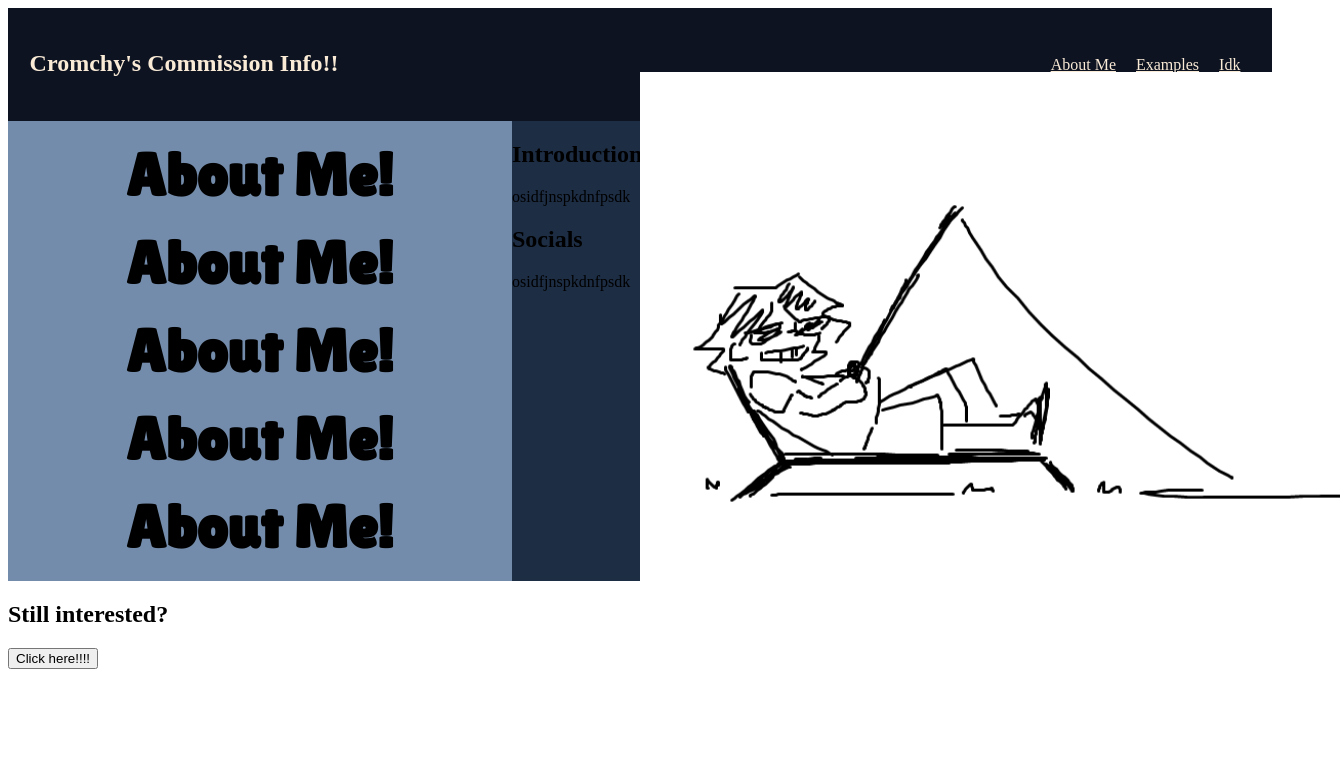
Repository: crackaLack1n/Cromchys_Commission_Site
Page: /
An editor plug-in stored every save of this project. The page is shown before and after a run of saves, followed by the edit.
The browser window is 1280 px wide. The page is 1340 px wide, then 1280 px, so the pictures cover 1340 px, including what lies to the right of the window. The pictures show the whole page.
The project was rebuilt for these pictures with package versions that can differ from the ones it lists, and the page was loaded fresh each time. The framework's server and built-in components were replaced by stand-ins that run in the browser. Also part of the build but not shown: next.config.mjs.

Above is the page before, as saved 2024-06-11 15:02:29.

### pages/_app.js
import "@/styles/globals.css";
import { Fjalla_One } from 'next/font/google'

const fjalla_One = Fjalla_One({
  weight: '400',
  subsets: ['latin'],
})

export default function App({ Component, pageProps }) {
  return <Component {...pageProps} />;
}

### pages/index.js
import Head from "next/head";
import Header from "@/Components/Header";
import Image from "next/image";
import styles from "@/styles/Home.module.css";
import Footer from "@/Components/Footer";
import { Lilita_One } from "next/font/google";


const lilita_One = Lilita_One({ weight: '400', subsets: ["latin"] });



export default function Home() {
  return (
    <>
      <Head>
        <title>Cromchy's Commission</title>
        <meta name="description" content="Generated by create next app" />
        <meta name="viewport" content="width=device-width, initial-scale=1" />
        <link rel="icon" href="/favicon.ico" />
      </Head>

      <Header />

      <main className={`${styles.main}`}>
      <div >
          <Image src={'/images/banner2.png'} height={700} width={700} className={styles.image}></Image>
        </div>
        <div className={styles.mainContainer}>
          <div className={styles.containerLeft}>
            <div className={`${styles.contentLeft} ${lilita_One.className}`}>
              <p>About Me!</p>
              <p>About Me!</p>
              <p>About Me!</p>
              <p>About Me!</p>
              <p>About Me!</p>
            </div>
          </div>
          <div className={styles.containerRight}>
            <div className={styles.contentRight}>
              <h2>Introduction</h2>
              <p>osidfjnspkdnfpsdk</p>
              <h2>Socials</h2>
              <p>osidfjnspkdnfpsdk</p>
            </div>
          </div>
        </div>
      </main>
      <Footer />
    </>
  );
}

### Components/Header/index.js
import Link from "next/link"
import style from './header.module.css';
export default function Header() {
  return (
    <>
      <div className={style.main}>
        <h2>Cromchy's Commission Info!!</h2>
        <nav className={style.nav}>
          <ul className={style.buttons}>
            <li><Link href={`/`}>About Me</Link></li>
            <li><Link href={`/Examples`}>Examples</Link></li>
            <li><Link href={`/Idk`}>Idk</Link></li>
          </ul>
        </nav>
      </div>
    </>
  )
}

### styles/Home.module.css
.main {
  display: flex;
  min-height: 20vh;
  background-color: #748CAB;
}

.mainContainer {
  position: relative;
 display: grid;
 grid-template-columns:  1fr 3fr;
 height: auto;

}

.containerLeft {
  display: flex;
  width: 70vh;
  justify-content: center;
}

.contentLeft p {
  font-size: 60px;
  font-weight: 600;
  margin: 20px;
}
.containerRight {
  display: flex;

  background-color: #1D2D44;
  width: 100%;
}

.image {
  z-index: 1;
  top: 10%;
  left: 50%;
  position: absolute;
}
/* Mobile */
@media (max-width: 700px) {

}

/* Tablet and Smaller Desktop */
@media (min-width: 701px) and (max-width: 1120px) {

}

### Components/Footer/index.js
export default function Footer() {
  return(
    <>
    <footer>
      <h2>Still interested?</h2>
      <button>Click here!!!!</button>
    </footer>
    </>
  )
}

### Components/Header/header.module.css
.main {
  display: flex;
  justify-content: space-between;
  padding: 3vh;
  background-color: #0D1321;
  color: antiquewhite;
}


.nav {
justify-content: end;

}

.buttons {
  display: flex;

}

.buttons li {
  padding: 10px;
  list-style-type: none;
  color: antiquewhite;
}

.buttons a {
  color: antiquewhite;
}

Loaded but not shown: pages/_document.js (common file); styles/globals.css (common file)

After the next 2 saves:
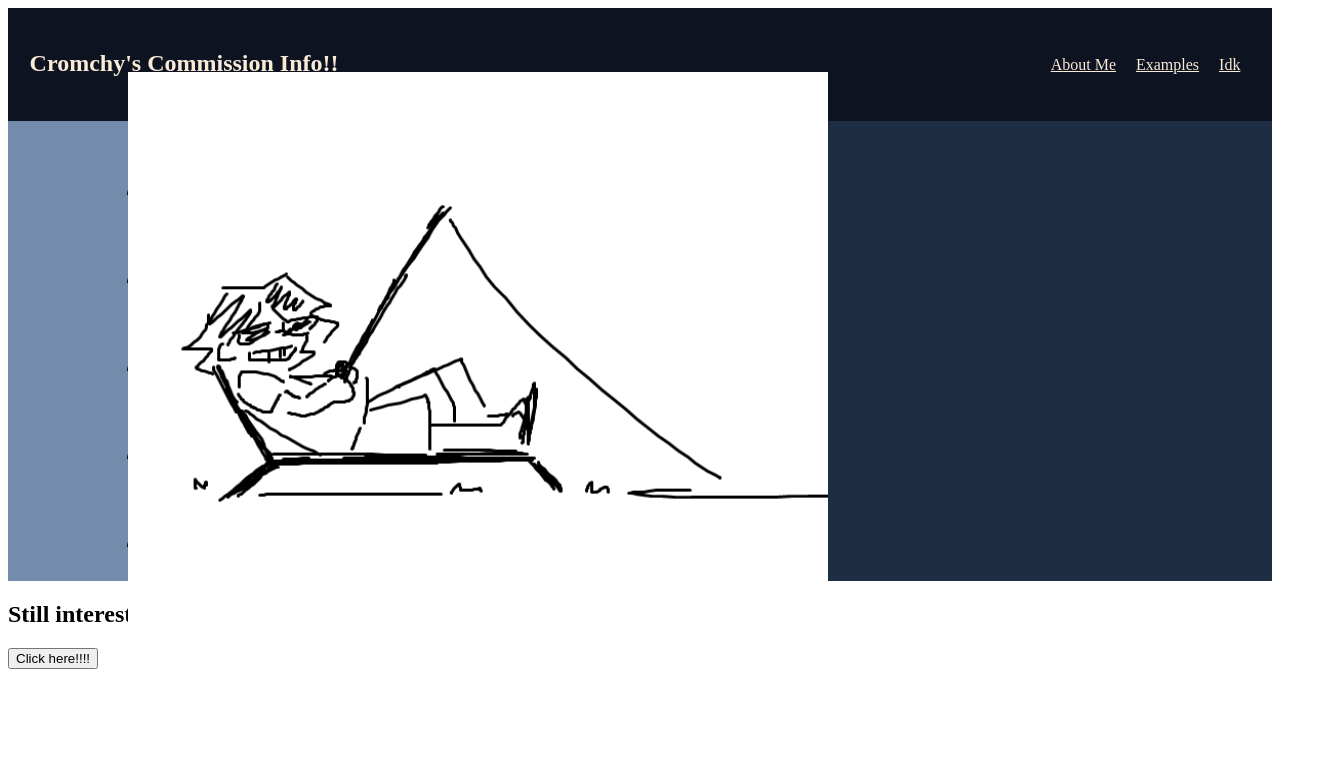
The 2 saves are shown as one change because they came seconds apart.
The last was saved 7 s later.
--- a/styles/Home.module.css
+++ b/styles/Home.module.css
@@ -33,7 +33,7 @@
 .image {
   z-index: 1;
   top: 10%;
-  left: 50%;
+  left: 10%;
   position: absolute;
 }
 /* Mobile */
